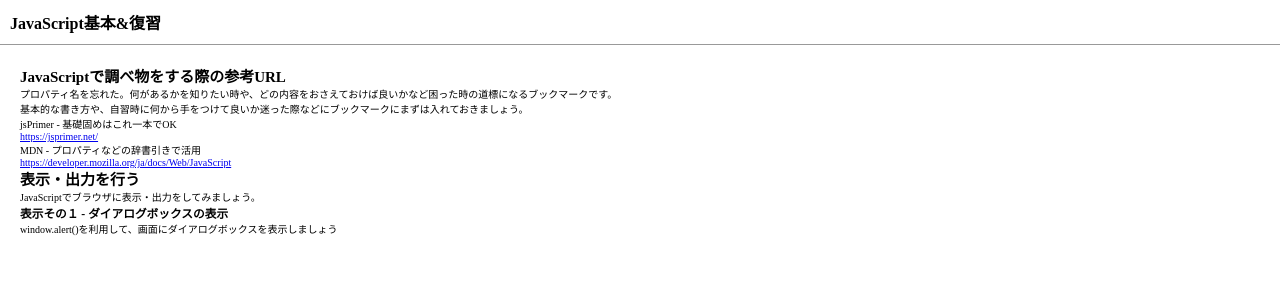
Repository: Yuto-Arakawa/study_js
Page: 01_basic/荒川/ara_basic01.html
The author's editor kept a copy of each file at every save. The page is drawn from the files as they stood at one save, then again after the next save.
The browser window is 1280 px wide. The pictures show the whole page.

Above is the page before, as saved 2026-11-06 14:44:29.

### 01_basic/荒川/ara_basic01.html
<!DOCTYPE html>
<html lang="ja">
<head>
  <meta charset="utf-8">
  <meta name="viewport" content="width=device-width, initial-scale=1">
  <meta name="color-scheme" content="light">
  <meta name="format-detection" content="telephone=no">
  <meta name="description" content="ここに説明文を設定">
  <title>ara_basic01</title>

  <!-- 共有用 OGP / X(Twitter) -->
  <meta property="og:site_name" content="サイト名">
  <meta property="og:title" content="サイトタイトル">
  <meta property="og:description" content="サイト説明文">
  <meta property="og:type" content="website">
  <meta property="og:url" content="https://hoge.ecc.com/">
  <meta property="og:image" content="https://hoge.ecc.com/ogp.png">
  <meta name="twitter:card" content="summary_large_image">
  <meta name="twitter:site" content="@twitteraccount">

  <!-- 正規URL -->
  <link rel="canonical" href="URL">
	<!-- 多言語サイト用 -->
	<!-- <link rel="alternate" hreflang="ja" href="URL"> -->

  <!-- アイコン（SVG優先、ICOフォールバック、Apple Touch） -->
  <link rel="icon" type="image/svg+xml" href="favicon.svg">
  <link rel="alternate icon" href="favicon.ico">
  <link rel="apple-touch-icon" href="apple-touch-icon.png" sizes="180x180">

  <!-- テーマカラー（PWAでなくてもアドレスバー色に反映） -->
  <meta name="theme-color" content="#FFFFFF">

	<!-- スタイルの読み込み -->
    <link rel="stylesheet" href="css/ress.css">
    <link rel="stylesheet" href="css/basic01.css">

</head>
<body>
    <header>
        <h1>JavaScript基本&復習</h1>
    </header>
    <main>
        <div class="reference">
            <h2>JavaScriptで調べ物をする際の参考URL</h2>
                <p>
                    プロパティ名を忘れた。何があるかを知りたい時や、どの内容をおさえておけば良いかなど困った時の道標になるブックマークです。<br>
                    基本的な書き方や、自習時に何から手をつけて良いか迷った際などにブックマークにまずは入れておきましょう。
                </p>

                <p>
                    jsPrimer - 基礎固めはこれ一本でOK<br>
                    <a href="https://jsprimer.net/" target="_blank">https://jsprimer.net/</a>
                </p>
                <p>
                    MDN - プロパティなどの辞書引きで活用<br>
                    <a href="https://developer.mozilla.org/ja/docs/Web/JavaScript" target="_blank">https://developer.mozilla.org/ja/docs/Web/JavaScript</a>
                </p>
        </div>
            <h2>表示・出力を行う</h2>
                <p>JavaScriptでブラウザに表示・出力をしてみましょう。</p>
            <h3>表示その１ - ダイアログボックスの表示</h3>
                <p>window.alert()を利用して、画面にダイアログボックスを表示しましょう</p>
    </main>
</body>
</html>

### 01_basic/荒川/css/ress.css
/* resset.dev • v6.0.0 */

/* # =================================================================
   # Global selectors
   # ================================================================= */

html {
  box-sizing: border-box;
  -webkit-text-size-adjust: 100%; /* Prevent adjustments of font size after orientation changes in iOS */
  word-break: normal;
  -moz-tab-size: 4;
  tab-size: 4;
}

*,
::before,
::after {
  background-repeat: no-repeat; /* Set `background-repeat: no-repeat` to all elements and pseudo elements */
  box-sizing: inherit;
}

::before,
::after {
  text-decoration: inherit; /* Inherit text-decoration and vertical align to ::before and ::after pseudo elements */
  vertical-align: inherit;
}

* {
  padding: 0; /* Reset `padding` and `margin` of all elements */
  margin: 0;
}

/* # =================================================================
   # General elements
   # ================================================================= */

hr {
  overflow: visible; /* Show the overflow in Edge and IE */
  height: 0; /* Add the correct box sizing in Firefox */
  color: inherit; /* Correct border color in Firefox. */
}

details,
main {
  display: block; /* Render the `main` element consistently in IE. */
}

summary {
  display: list-item; /* Add the correct display in all browsers */
}

small {
  font-size: 80%; /* Set font-size to 80% in `small` elements */
}

[hidden] {
  display: none; /* Add the correct display in IE */
}

abbr[title] {
  border-bottom: none; /* Remove the bottom border in Chrome 57 */
  /* Add the correct text decoration in Chrome, Edge, IE, Opera, and Safari */
  text-decoration: underline;
  text-decoration: underline dotted;
}

a {
  background-color: transparent; /* Remove the gray background on active links in IE 10 */
}

a:active,
a:hover {
  outline-width: 0; /* Remove the outline when hovering in all browsers */
}

code,
kbd,
pre,
samp {
  font-family: monospace, monospace; /* Specify the font family of code elements */
}

pre {
  font-size: 1em; /* Correct the odd `em` font sizing in all browsers */
}

b,
strong {
  font-weight: bolder; /* Add the correct font weight in Chrome, Edge, and Safari */
}

/* https://gist.github.com/unruthless/413930 */
sub,
sup {
  font-size: 75%;
  line-height: 0;
  position: relative;
  vertical-align: baseline;
}

sub {
  bottom: -0.25em;
}

sup {
  top: -0.5em;
}

table {
  border-color: inherit; /* Correct border color in all Chrome, Edge, and Safari. */
  text-indent: 0; /* Remove text indentation in Chrome, Edge, and Safari */
}

iframe {
  border-style: none;
}

/* # =================================================================
   # Accessibility
   # ================================================================= */

/* Specify the progress cursor of updating elements */
[aria-busy='true'] {
  cursor: progress;
}

/* Specify the pointer cursor of trigger elements */
[aria-controls] {
  cursor: pointer;
}

/* # =================================================================
   # Forms
   # ================================================================= */

input {
  border-radius: 0;
}

[type='number']::-webkit-inner-spin-button,
[type='number']::-webkit-outer-spin-button {
  height: auto; /* Correct the cursor style of increment and decrement buttons in Chrome */
}

[type='search'] {
  -webkit-appearance: textfield; /* Correct the odd appearance in Chrome and Safari */
  outline-offset: -2px; /* Correct the outline style in Safari */
}

[type='search']::-webkit-search-decoration {
  -webkit-appearance: none; /* Remove the inner padding in Chrome and Safari on macOS */
}

textarea {
  overflow: auto; /* Internet Explorer 11+ */
  resize: vertical; /* Specify textarea resizability */
}

button,
input,
optgroup,
select,
textarea {
  font: inherit; /* Specify font inheritance of form elements */
}

optgroup {
  font-weight: bold; /* Restore the font weight unset by the previous rule */
}

button {
  overflow: visible; /* Address `overflow` set to `hidden` in IE 8/9/10/11 */
}

button,
select {
  text-transform: none; /* Firefox 40+, Internet Explorer 11- */
}

/* Apply cursor pointer to button elements */
button,
[type='button'],
[type='reset'],
[type='submit'],
[role='button'] {
  cursor: pointer;
}

/* Remove inner padding and border in Firefox 4+ */
button::-moz-focus-inner,
[type='button']::-moz-focus-inner,
[type='reset']::-moz-focus-inner,
[type='submit']::-moz-focus-inner {
  border-style: none;
  padding: 0;
}

/* Replace focus style removed in the border reset above */
button:-moz-focusring,
[type='button']::-moz-focus-inner,
[type='reset']::-moz-focus-inner,
[type='submit']::-moz-focus-inner {
  outline: 1px dotted ButtonText;
}

button,
html [type='button'], /* Prevent a WebKit bug where (2) destroys native `audio` and `video`controls in Android 4 */
[type='reset'],
[type='submit'] {
  -webkit-appearance: button; /* Correct the inability to style clickable types in iOS */
}

/* Remove the default button styling in all browsers */
button,
input,
select,
textarea {
  background-color: transparent;
  border-style: none;
}

a:focus,
button:focus,
input:focus,
select:focus,
textarea:focus {
  outline-width: 0;
}

/* Style select like a standard input */
select {
  -moz-appearance: none; /* Firefox 36+ */
  -webkit-appearance: none; /* Chrome 41+ */
}

select::-ms-expand {
  display: none; /* Internet Explorer 11+ */
}

select::-ms-value {
  color: currentColor; /* Internet Explorer 11+ */
}

legend {
  border: 0; /* Correct `color` not being inherited in IE 8/9/10/11 */
  color: inherit; /* Correct the color inheritance from `fieldset` elements in IE */
  display: table; /* Correct the text wrapping in Edge and IE */
  max-width: 100%; /* Correct the text wrapping in Edge and IE */
  white-space: normal; /* Correct the text wrapping in Edge and IE */
  max-width: 100%; /* Correct the text wrapping in Edge 18- and IE */
}

::-webkit-file-upload-button {
  /* Correct the inability to style clickable types in iOS and Safari */
  -webkit-appearance: button;
  color: inherit;
  font: inherit; /* Change font properties to `inherit` in Chrome and Safari */
}

/* Replace pointer cursor in disabled, not-editable, or otherwise inoperable elements */
[disabled],
[aria-disabled='true'] {
  cursor: default;
}

/* # =================================================================
   # Specify media element style
   # ================================================================= */

img {
  border-style: none; /* Remove border when inside `a` element in IE 8/9/10 */
}

/* Add the correct vertical alignment in Chrome, Firefox, and Opera */
progress {
  vertical-align: baseline;
}

### 01_basic/荒川/css/basic01.css
html{
    font-size: 62.5%;
}

header{
    padding: 1rem;
    border-bottom: solid 1px #999;
    font-size: 8px;
}

main{
    padding: 20px;
}

After the next save:
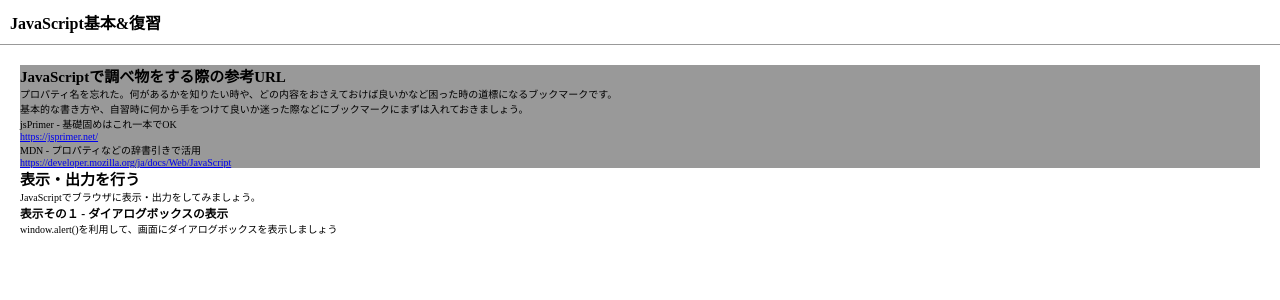
Saved 2 min 31 s later.
--- a/01_basic/荒川/css/basic01.css
+++ b/01_basic/荒川/css/basic01.css
@@ -11,3 +11,7 @@ header{
 main{
     padding: 20px;
 }
+
+.reference{
+    background-color: #999;
+}
